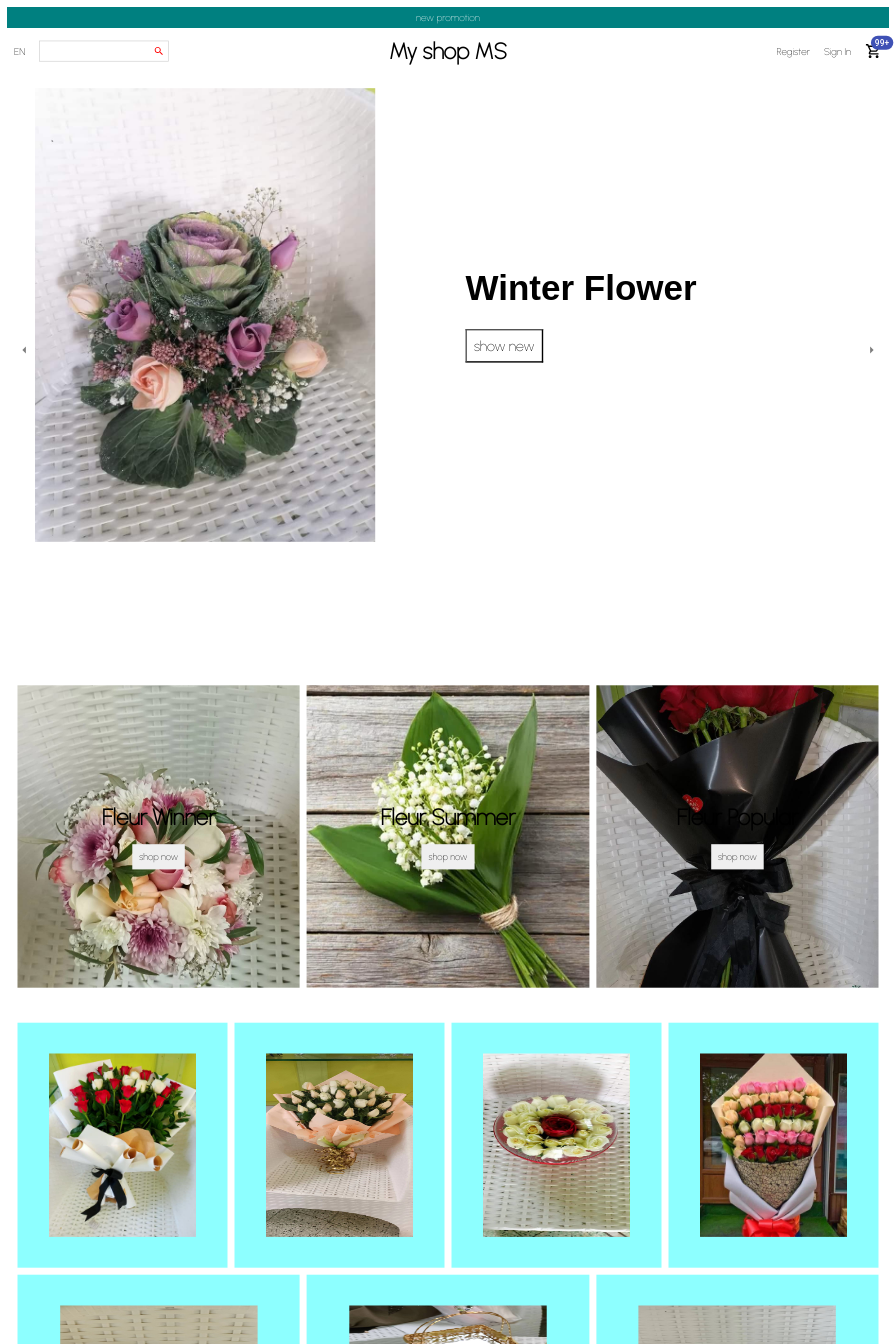
Repository: jarraymassaoud/react-web
Page: /
These files come from the project's save history. The page is drawn as it stood at one moment and after the next save; the edit follows.
The browser window is 1280 px wide. The pictures show the part of the page from y = 0 to 1920 px (the page is 2807 px tall), at 70% of full size.
The project was rebuilt for these pictures with package versions that can differ from the ones it lists, and the page was loaded fresh each time. Also part of the build but not shown: src/pages/Cart.jsx, src/pages/Login.jsx, src/pages/Bunch.jsx.

Above is the page before, as saved 2022-06-01 08:27:09.

After the next save:
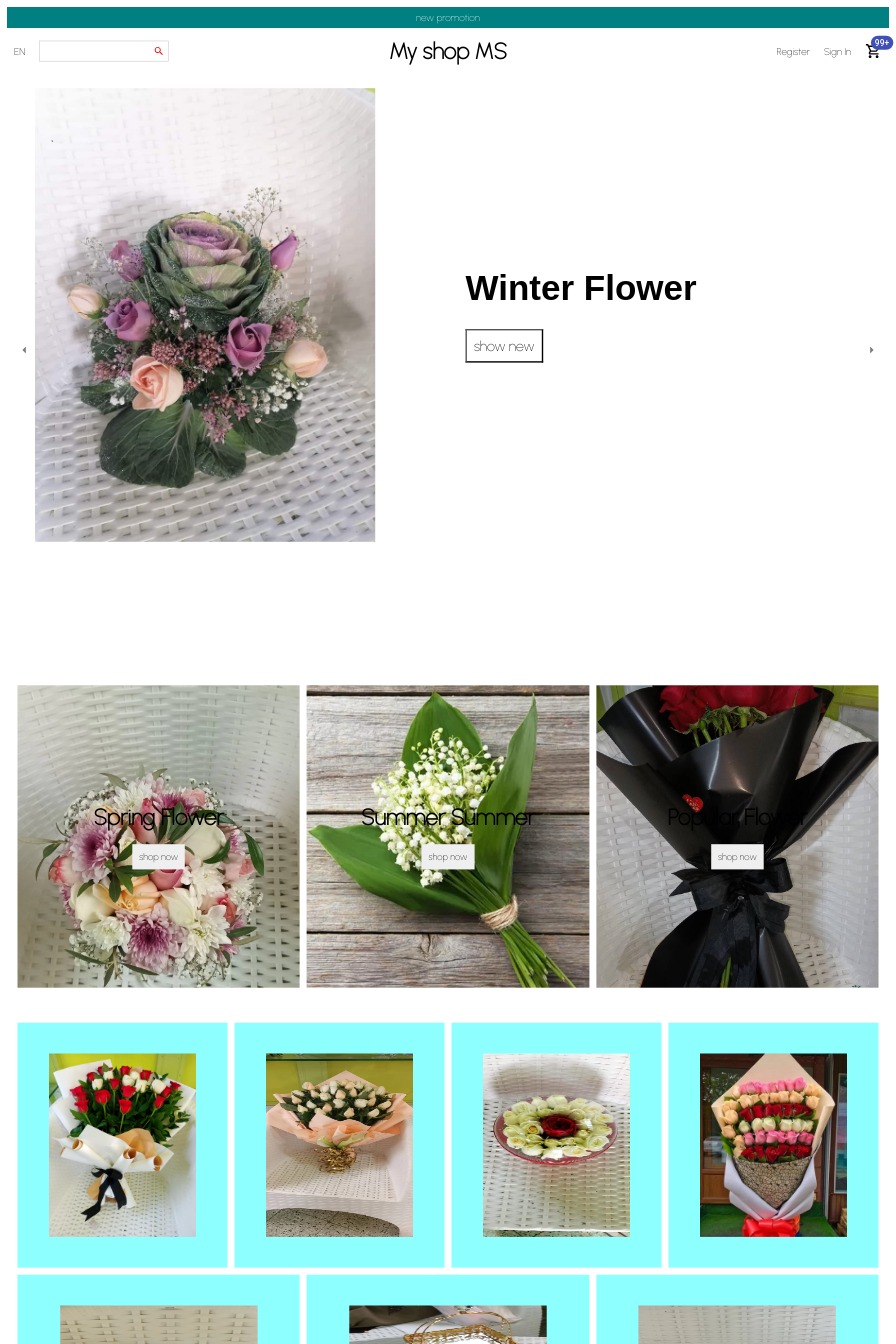
Saved 2 min 8 s later.
--- a/src/data.js
+++ b/src/data.js
@@ -27,17 +27,17 @@ export const categories = [
   {
     id: 1,
     img: "images/img4.jpg",
-    title: "Fleur Winner",
+    title: " Spring Flower",
   },
   {
     id: 2,
     img: "images/img5.jpg",
-    title: "Fleur Summer",
+    title: " Summer Summer",
   },
   {
     id: 3,
     img: "images/img6.jpg",
-    title: "Fleur Popular",
+    title: " Popular Flower",
   },
 ];
 export const products = [
